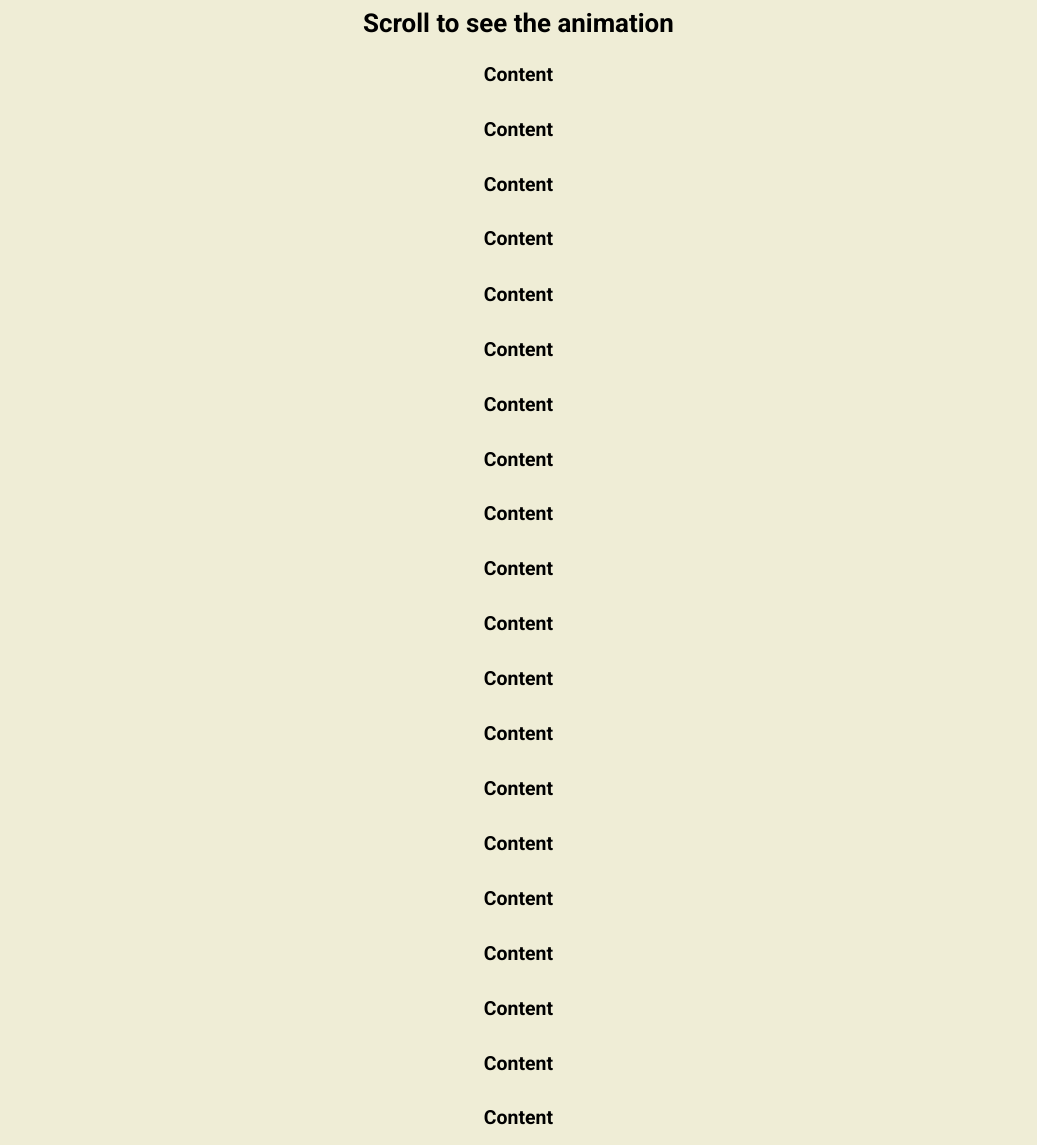
Repository: eagle-tex/50-projects-BT
Page: 06-scroll-animation/index.html
The author's editor kept a copy of each file at every save. The page is drawn from the files as they stood at one save, then again after the next save.
The browser window is 1280 px wide. The pictures show the whole page, at 81% of full size.

Above is the page before, as saved 2021-01-06 23:41:16.

### 06-scroll-animation/index.html
<!DOCTYPE html>
<html lang="en">

<head>
  <meta charset="UTF-8" />
  <meta name="viewport" content="width=device-width, initial-scale=1.0" />
  <link <link rel="stylesheet" href="style.css" />
  <title>Scroll Animation</title>
</head>

<body>
  <h1>Scroll to see the animation</h1>
  <div class="box">
    <h2>Content</h2>
  </div>
  <div class="box">
    <h2>Content</h2>
  </div>
  <div class="box">
    <h2>Content</h2>
  </div>
  <div class="box">
    <h2>Content</h2>
  </div>
  <div class="box">
    <h2>Content</h2>
  </div>
  <div class="box">
    <h2>Content</h2>
  </div>
  <div class="box">
    <h2>Content</h2>
  </div>
  <div class="box">
    <h2>Content</h2>
  </div>
  <div class="box">
    <h2>Content</h2>
  </div>
  <div class="box">
    <h2>Content</h2>
  </div>
  <div class="box">
    <h2>Content</h2>
  </div>
  <div class="box">
    <h2>Content</h2>
  </div>
  <div class="box">
    <h2>Content</h2>
  </div>
  <div class="box">
    <h2>Content</h2>
  </div>
  <div class="box">
    <h2>Content</h2>
  </div>
  <div class="box">
    <h2>Content</h2>
  </div>
  <div class="box">
    <h2>Content</h2>
  </div>
  <div class="box">
    <h2>Content</h2>
  </div>
  <div class="box">
    <h2>Content</h2>
  </div>
  <div class="box">
    <h2>Content</h2>
  </div>
  <script src="script.js"></script>
</body>

</html>

### 06-scroll-animation/style.css
@import url('https://fonts.googleapis.com/css2?family=Roboto:wght@400;700&display=swap');

* {
  box-sizing: border-box;
}

body {
  background-color: #efedd6;
  font-family: 'Roboto', sans-serif;
  display: flex;
  flex-direction: column;
  align-items: center;
  justify-content: center;
  margin: 0;
}

h1 {
  margin: 10px;
}

.box {
  background-color: #steelblue;
}

Loaded but not shown: 06-scroll-animation/script.js (no stored copy; drawn as an empty file)

After the next save:
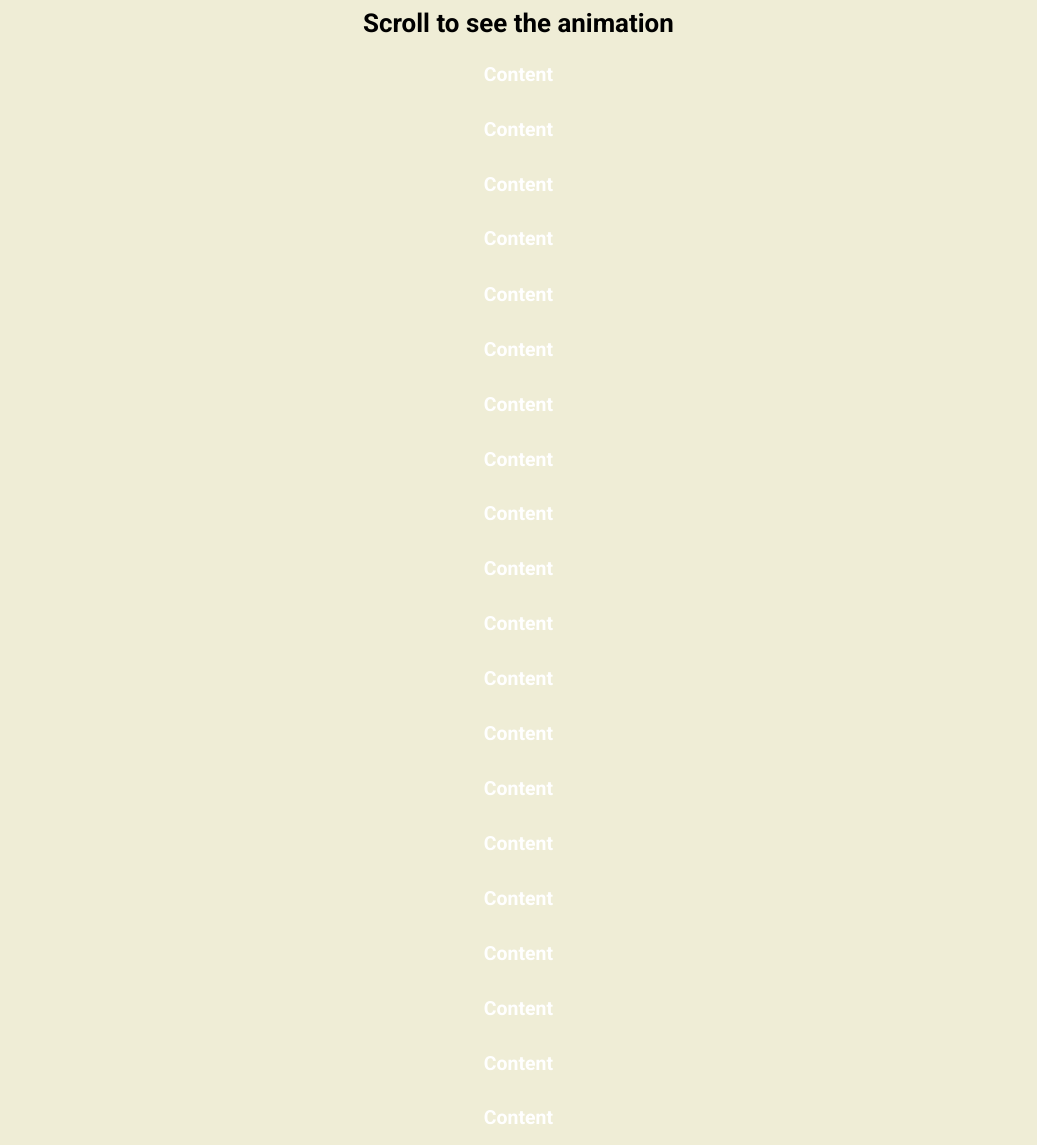
Saved 32 s later.
--- a/06-scroll-animation/style.css
+++ b/06-scroll-animation/style.css
@@ -20,4 +20,9 @@ h1 {
 
 .box {
   background-color: #steelblue;
+  color: #fff;
+  display: flex;
+  align-items: center;
+  justify-content: center;
+  width: 400px;
 }
